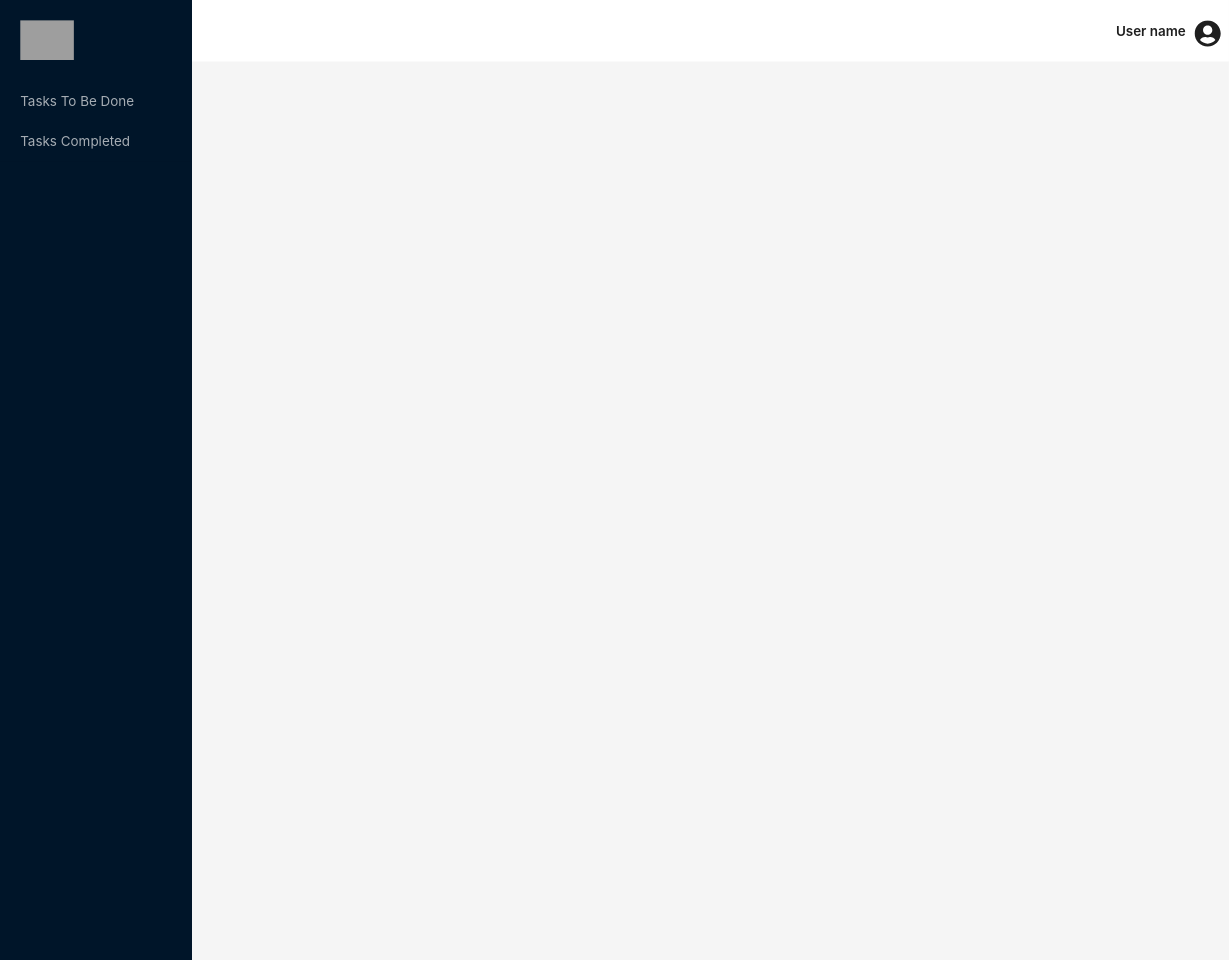
Repository: runner855/todolist_new
Page: /
An editor plug-in stored every save of this project. The page is shown before and after the next save, followed by the edit.
The browser window is 1280 px wide. The pictures show the whole page, at 96% of full size.
Pictures or frames that could not be fetched are drawn as grey boxes. The project was rebuilt for these pictures with package versions that can differ from the ones it lists, and the page was loaded fresh each time.

Above is the page before, as saved 2023-03-19 22:14:40.

### src/index.tsx
import React from "react";
import ReactDOM from "react-dom/client";
import "./index.css";
import { App } from "./App";
import { BrowserRouter } from "react-router-dom";

const root = ReactDOM.createRoot(
  document.getElementById("root") as HTMLElement
);
root.render(
  <React.StrictMode>
    <BrowserRouter>
    <App />
    </BrowserRouter>
  </React.StrictMode>
);

### src/App.tsx
import React from 'react';
import './App.css';
import { NavBar } from './components/NavBar/NavBar';

export const App = () =>{
  return (
    <div className="App">
      <NavBar/>

    </div>
  );
}

### src/components/NavBar/NavBar.tsx
import React from 'react';

import { Layout, Menu, theme } from 'antd';
import { FaUserCircle } from 'react-icons/fa';
import { PagesArray } from '../../Utilities/Utility'
import "../NavBar/NavBar.css";
import { NavLink } from 'react-router-dom';

const { Header, Content, Footer, Sider } = Layout;

export const NavBar = () => {

  const {
    token: { colorBgContainer },
  } = theme.useToken();

  return (
      <Layout>
      <Sider
        breakpoint="lg"
        collapsedWidth="0"
        style={{height:1000}}
        onBreakpoint={(broken) => {
          console.log(broken);
        }}
        onCollapse={(collapsed, type) => {
          console.log(collapsed, type);
        }}
      >
        <div className="logo" />
        {/* <Menu
          theme="dark"
          mode="inline"
          items={PagesArray && PagesArray.map(
            (item, index) => ({
              key: index,

              label:  item.label ? <NavLink   to={item.to}>{item.label}</NavLink> :
              <img  className="logo"src={item.image} alt="logo"/>
            })
          )}


        /> */}
      <Menu theme="dark" mode="inline">{PagesArray && PagesArray.map((item, index) => {
        return (
        <ul className='links_container'>
          <li className='item_link'>{item.label ? item.label : <img src={item.image} alt="logo"/>}</li>
        </ul>



        )
      })}</Menu>
      </Sider>
      <Layout>
        <Header style={{ padding: 0, background: colorBgContainer }}>
        <div className='avatar_container'>
          <ul className='user'>
            <li className='user_text'>User name</li>
            <li className='user_icon'><FaUserCircle/></li>

          </ul>
          </div>

        </Header>
      </Layout>
    </Layout>
   );
}

### src/Utilities/Utility.tsx
import { TASKS_TO_BE_DONE, TASKS_COMPLETED } from '../Constants/Dictionary';
import { AppUrls } from '../Types/appTypes';
import { LOGO } from '../Constants/Dictionary';
export const PagesArray = [
  {image:LOGO},
  {label: TASKS_TO_BE_DONE, to: AppUrls.TASKS_TO_BE_DONE},
  {label: TASKS_COMPLETED, to: AppUrls.TASKS_COMPLETED},

]

### src/components/NavBar/NavBar.css
#components-layout-demo-responsive .logo {
  height: 32px;
  margin: 16px;
  background: rgba(255, 255, 255, 0.2);
}

li {
  list-style-type: none;
}

.user {
  display: flex;
  flex-direction: row;
  justify-content: right;
}

.user_icon {
  font-size: 2em;
  margin-right: 0.1em;
  margin: 0em 0.3em 0em 0.3em;
  line-height: 1.8;
}

.user_text {
  line-height: 2.7;
  font-weight: 600;
}

img {
  height: 3em;
}

.links_container {
  display: flex;
  flex: column;
}

.item_link {
  margin: 1.5em;
}

### src/Constants/Dictionary.ts
export const TASKS_TO_BE_DONE = "Tasks To Be Done";
export const TASKS_COMPLETED = "Tasks Completed"
export const LOGO = "https://pbs.twimg.com/profile_images/964093705748729856/nzx2mHKW_400x400.jpg";

### src/Types/appTypes.tsx

export enum AppUrls {
  TASKS_TO_BE_DONE = `/tasks_to_be_done`,
  TASKS_COMPLETED = "/tasks_copleted",

}

export enum LanguageEnum {
  EN = "en",
}

Loaded but not shown: public/index.html (common file); src/index.css (common file); src/App.css (common file)

After the next save:
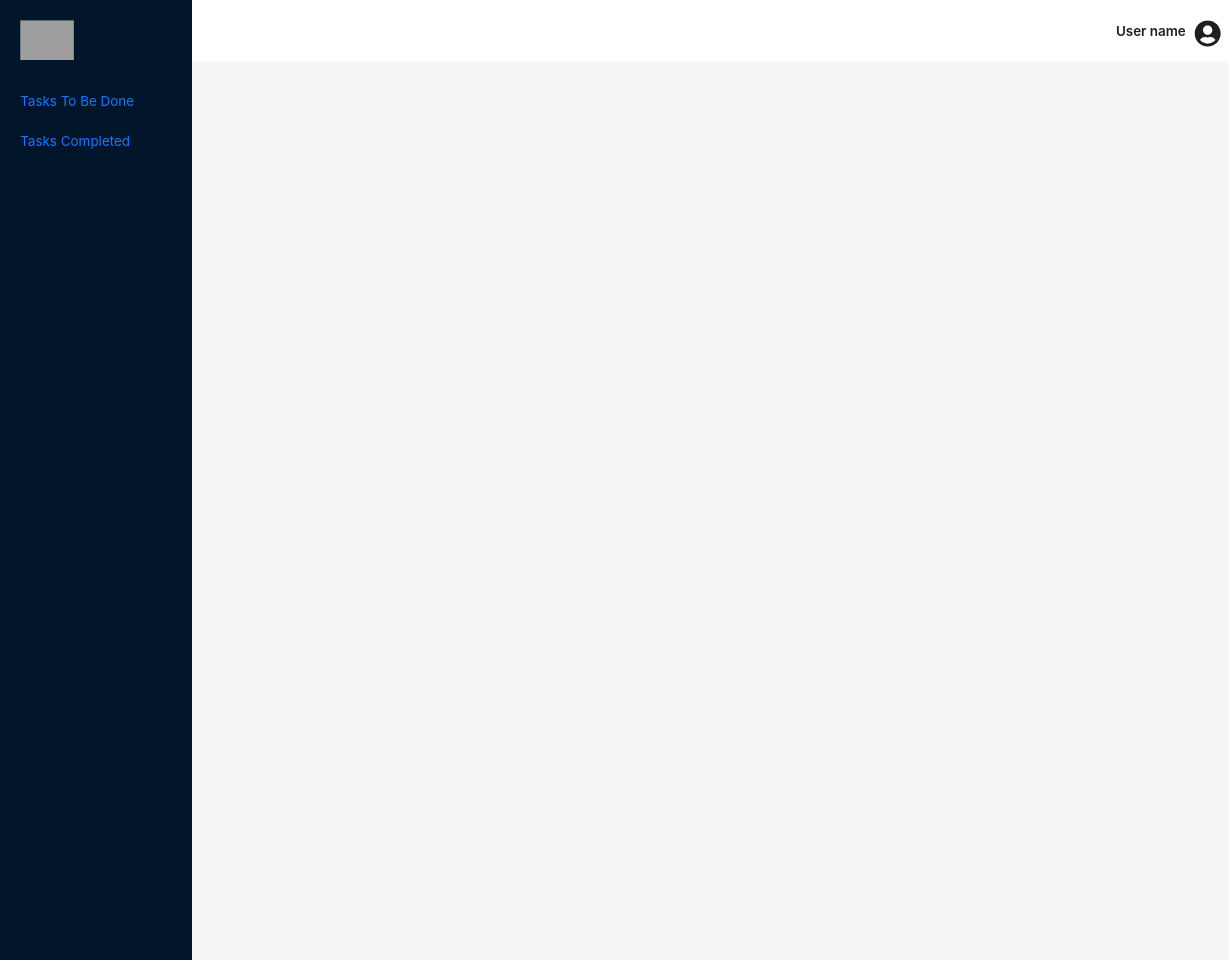
Saved 46 s later.
--- a/src/components/NavBar/NavBar.tsx
+++ b/src/components/NavBar/NavBar.tsx
@@ -45,7 +45,7 @@ export const NavBar = () => {
       <Menu theme="dark" mode="inline">{PagesArray && PagesArray.map((item, index) => {
         return (
         <ul className='links_container'>
-          <li className='item_link'>{item.label ? item.label : <img src={item.image} alt="logo"/>}</li>
+          <li className='item_link'>{item.label ? <NavLink to={item.to}>{item.label}</NavLink>: <img src={item.image} alt="logo"/>}</li>
         </ul>
 
 
